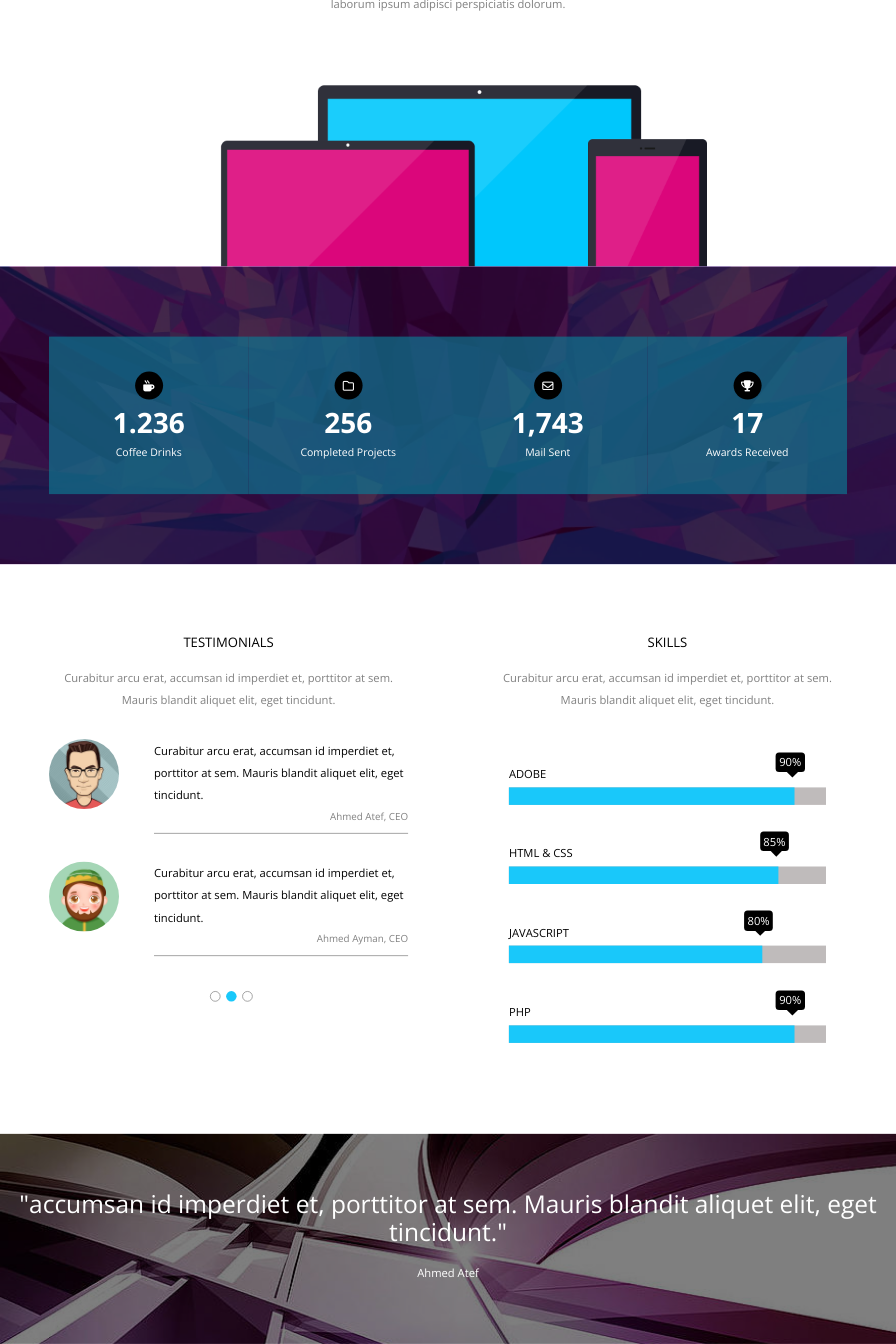
Repository: Ahmed123rezk123/Template_2
Page: index.html
These files come from the project's save history. The page is drawn as it stood at one moment and after a run of saves; the edit follows.
The browser window is 1280 px wide. The pictures show the part of the page from y = 4247 to 6167 px (the page is 6167 px tall), at 70% of full size.
A picture or video elsewhere on the page could not be fetched, so the positions and the page height are approximate. Some web fonts or font styles are not loaded; a fallback is used.

Above is the page before, as saved 2024-04-15 19:31:43.

### index.html
<!DOCTYPE html>
<html lang="en">
<head>
    <meta charset="UTF-8">
    <meta name="viewport" content="width=device-width, initial-scale=1.0">
    <title>Kasper | Template two</title>
    <!-- Render All Elements Normally -->
    <link rel="stylesheet" href="css/normalize.css">
    <!-- Font Awesome Library -->
    <link rel="stylesheet" href="css/all.min.css">
      <!-- Main Temlate css file -->
      <link rel="stylesheet" href="css/kasper.css">
    <!-- Google Fonts -->
    <link rel="preconnect" href="https://fonts.googleapis.com">
    <link rel="preconnect" href="https://fonts.gstatic.com" crossorigin>
    <link href="https://fonts.googleapis.com/css2?family=Edu+TAS+Beginner:wght@500&family=Open+Sans:wght@400;700&display=swap" rel="stylesheet">
    <!-- <link href="https://cdn.jsdelivr.net/npm/bootstrap@5.3.2/dist/css/bootstrap.min.css" rel="stylesheet"> -->
  </head>
<body>
<!-- Start Header -->
<header>
  <div class="container">
    <a href="#" class="logo">
      <img src="images/logo.png" alt="Logo">
    </a>
    <nav>
      <i class="fas fa-bars menu"></i>
      <ul>
       <li><a href="#" class="active">Home</a></li>
       <li><a href="#">Service</a></li>
       <li><a href="#">portfolio</a></li>
       <li><a href="#">About</a></li>
       <li><a href="#">Pricing</a></li>
       <li><a href="#">Contact</a></li>
      </ul>
      <div class="form">
        <i class="fas fa-search"></i>
      </div>
    </nav>
  </div>
</header>
<!-- End Header -->
<!-- Start Landing -->
    <section class="landing">
      <div class="overlay">
        <div class="text">
          <div class="content">
            <h2>
              Hello World<br>
              We Are Kasper We Make Art.
            </h2>
              <p>Lorem ipsum dolor sit amet consectetur adipisicing elit. Numquam,
                laborum ipsum adipisci perspiciatis dolorum debitis incidunt,
                sapiente corrupti doloribus, earum rem dicta quibusdam saepe voluptatem vero.
                  Commodi sed quidem laborio sam.</p>
          </div>
        </div>
      </div>
      <i class="fas fa-angle-left icon1 fa-2x"></i>
      <i class="fas fa-angle-right icon2 fa-2x"></i>
      <ul class="bullets">
        <li></li>
        <li class="active"></li>
        <li></li>
      </ul>
    </section>
<!-- End Landing -->
<!-- Start Services -->
    <section class="services">
      <div class="container">
      <div class="main-content">
        <h2>Services</h2>
        <p>Lorem ipsum dolor sit amet consectetur adipisicing elit. Numquam,
          laborum ipsum adipisci perspiciatis dolorum.</p>
      </div>
      <div class="services-content">
        <div class="div-content">
          <i class="fas fa-desktop"></i>
          <div class="text">
          <h2>Frontend Developer</h2>
          <p>Lorem, ipsum dolor sit amet consectetur adipisicing elit. Minus dolorum ipsam, ullam tenetur ab aliquid quia repudiandae .</p>
        </div>
        </div>
        <div class="div-content">
          <i class="fas fa-cog"></i>
          <div class="text">
            <h2>Frontend Developer</h2>
            <p>Lorem, ipsum dolor sit amet consectetur adipisicing elit. Minus dolorum ipsam, ullam tenetur ab aliquid quia repudiandae .</p>
          </div>
         </div>
        <div class="div-content">
          <i class="fas fa-pencil-ruler"></i>
          <div class="text">
            <h2>Frontend Developer</h2>
            <p>Lorem, ipsum dolor sit amet consectetur adipisicing elit. Minus dolorum ipsam, ullam tenetur ab aliquid quia repudiandae .</p>
          </div>
         </div>
        <div class="div-content">
          <i class="fas fa-camera"></i>
          <div class="text">
            <h2>Frontend Developer</h2>
            <p>Lorem, ipsum dolor sit amet consectetur adipisicing elit. Minus dolorum ipsam, ullam tenetur ab aliquid quia repudiandae .</p>
          </div>
          </div>
      </div>
      </div>
    </section>
<!-- End Services -->
<!-- Start Design -->
<section class="design">
  <div class="overlay">
    <div class="image">
      <img src="images/mobile.png" alt="">
    </div>
    <div class="text">
      <div class="content">
        <h2>OUR DESIGN COMES WITH...</h2>
        <div class="div-icon">
          <div class="div-content">
            <i class="fas fa-desktop lab1"></i>
            <span>Responsive Design</span>
          </div>
          <div class="div-content">
        <i class="fas fa-desktop lab2"></i>
        <span>Modern And Clean Design</span>
        </div>
        <div class="div-content">
        <i class="fas fa-desktop lab3"></i>
        <span>Clean Code</span>
        </div>
        <div class="div-content">
        <i class="fas fa-desktop lab4"></i>
        <span>Browser Friendly</span>
      </div>
      </div>
      </div>
    </div>
  </div>
</section>
<!-- End Design -->
<!-- Start Portfolio -->
<div class="portfolio">
  <div class="container">
    <div class="main-content">
      <h2>Portfolio</h2>
      <p>Lorem ipsum dolor sit amet consectetur adipisicing elit. Numquam,
        laborum ipsum adipisci perspiciatis dolorum.</p>
    </div>
    <ul class="shuffle">
      <li class="active">All</li>
      <li>App</li>
      <li>Photo</li>
      <li>Web</li>
      <li>Print</li>
    </ul>
    </div>
    <div class="imgs-content">
      <div class="box">
        <img src="images/shuffle-01.jpg" alt="">
        <div class="caption">
          <h4>Awesome Image</h4>
          <p>Photography</p>
        </div>
      </div>
      <div class="box">
        <img src="images/shuffle-02.jpg" alt="">
        <div class="caption">
          <h4>Awesome Image</h4>
          <p>Photography</p>
        </div>
      </div>
      <div class="box">
        <img src="images/shuffle-03.jpg" alt="">
        <div class="caption">
          <h4>Awesome Image</h4>
          <p>Photography</p>
        </div>
      </div>
      <div class="box">
        <img src="images/shuffle-04.jpg" alt="">
        <div class="caption">
          <h4>Awesome Image</h4>
          <p>Photography</p>
        </div>
      </div>
      <div class="box">
        <img src="images/shuffle-05.jpg" alt="">
        <div class="caption">
          <h4>Awesome Image</h4>
          <p>Photography</p>
        </div>
      </div>
      <div class="box">
        <img src="images/shuffle-06.jpg" alt="">
        <div class="caption">
          <h4>Awesome Image</h4>
          <p>Photography</p>
        </div>
      </div>
      <div class="box">
        <img src="images/shuffle-07.jpg" alt="">
        <div class="caption">
          <h4>Awesome Image</h4>
          <p>Photography</p>
        </div>
      </div>
      <div class="box">
        <img src="images/shuffle-08.jpg" alt="">
        <div class="caption">
          <h4>Awesome Image</h4>
          <p>Photography</p>
        </div>
      </div>
    </div>
    <a href="#" class="more">MORE</a>
    </div>
<!-- End Portfolio -->
<!-- Start Video -->
<div class="video">
  <video autoplay muted loop>
    <source src="images/awesome-video (1).mp4" type="video/mp4">
  </video>
  <div class="text">
      <h2>SUPER AWESOME VIDEO HERE</h2>
      <p>Its All You Need</p>
      <button>SEE MORE</button>
</div>
</div>
<!-- End Video -->

<!-- Start About -->
  <div class="about">
    <div class="container">
      <div class="main-content">
        <h2>Services</h2>
        <p>Lorem ipsum dolor sit amet consectetur adipisicing elit. Numquam,
          laborum ipsum adipisci perspiciatis dolorum.</p>
      </div>
          <img src="images/about.png" alt="">
    </div>
  </div>
<!-- End About -->
 <!-- Start Stats  -->
 <div class="stats">
  <div class="container">
      <div class="box">
        <i class="fas fa-mug-hot"></i>
        <p>1.236</p>
        <span>Coffee Drinks</span>
      </div>
      <div class="box">
        <i class="far fa-folder"></i>
        <p>256</p>
        <span>Completed Projects</span>
      </div>
      <div class="box">
        <i class="far fa-envelope"></i>
        <p>1,743</p>
        <span>Mail Sent</span>
      </div>
      <div class="box">
        <i class="fas fa-trophy"></i>
        <p>17</p>
        <span>Awards Received</span>
      </div>
    </div>
 </div>
 <!-- End Stats  -->
 <!-- Start Skills -->
  <div class="our-skills">
    <div class="container">
      <div class="testimonial">
        <h3>TESTIMONIALS</h3>
        <p>Curabitur arcu erat, accumsan id imperdiet et, porttitor at sem. Mauris blandit aliquet elit, eget tincidunt.</p>
      <div class="box">
        <img src="images/skills-01.jpg" alt="">
        <div class="text">
          Curabitur arcu erat, accumsan id imperdiet et, porttitor at sem. Mauris blandit aliquet elit, eget tincidunt.
          <p>Ahmed Atef, CEO</p>
        </div>
      </div>
      <div class="box">
        <img src="images/skills-02.jpg" alt="">
        <div class="text">
          Curabitur arcu erat, accumsan id imperdiet et, porttitor at sem. Mauris blandit aliquet elit, eget tincidunt.
        <p>Ahmed Ayman, CEO</p>
        </div>
      </div>
      <ul class="bullets">
            <li></li>
            <li class="active"></li>
            <li></li>
      </ul>
      </div>
      <div class="skills">
        <h3>SKILLS</h3>
        <p>Curabitur arcu erat, accumsan id imperdiet et, porttitor at sem. Mauris blandit aliquet elit, eget tincidunt.</p>
        <div class="prog-content">
          <h4>ADOBE</h4>
          <div class="prog">
            <span style="width: 90%;" data-progress="90%"></span>
          </div>
        </div>
          <div class="prog-content">
          <h4>HTML & CSS</h4>
          <div class="prog">
            <span style="width: 85%;" data-progress="85%"></span>
          </div>
        </div>
        <div class="prog-content">
          <h4>JAVASCRIPT</h4>
          <div class="prog">
            <span style="width: 80%;" data-progress="80%"></span>
          </div>
        </div>
        <div class="prog-content">
          <h4>PHP</h4>
          <div class="prog">
            <span style="width: 90%;" data-progress="90%"></span>
          </div>
        </div>
      </div>
    </div>
  </div>
 <!-- End Skills -->
 <!-- Start Quote -->
  <div class="quote">
    <div class="container">
      <div class="content">
        <p>"accumsan id imperdiet et, porttitor at sem. Mauris blandit aliquet elit, eget <br> tincidunt."</p>
        <span>Ahmed Atef</span>
      </div>
    </div>
  </div>
 <!-- End Quote -->
</body>
</html>

Loaded but not shown: css/normalize.css (library); css/all.min.css (library); css/kasper.css (818 lines, source omitted)

After the next 3 saves:
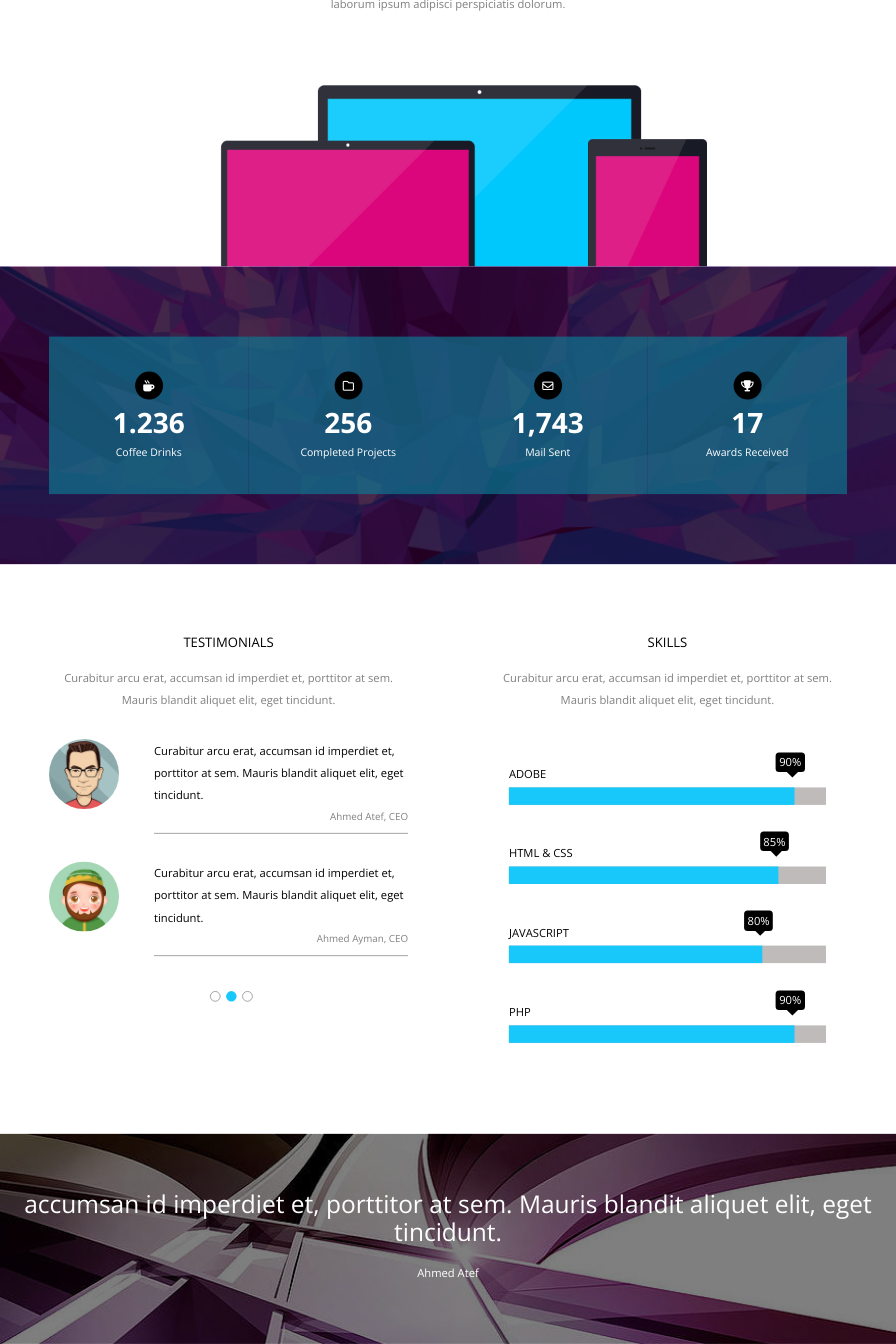
The 3 saves are shown as one change because they came seconds apart.
The last was saved 27 s later.
--- a/index.html
+++ b/index.html
@@ -327,7 +327,7 @@
   <div class="quote">
     <div class="container">
       <div class="content">
-        <p>"accumsan id imperdiet et, porttitor at sem. Mauris blandit aliquet elit, eget <br> tincidunt."</p>
+        <p>accumsan id imperdiet et, porttitor at sem. Mauris blandit aliquet elit, eget tincidunt.</p>
         <span>Ahmed Atef</span>
       </div>
     </div>
